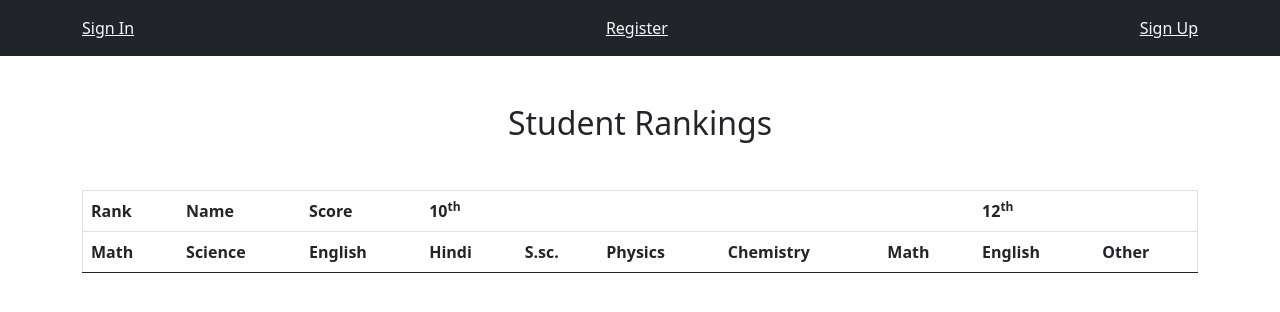
Repository: akankshaajoshi/student-counselling-application
Page: templates/registration/rankings.html
An editor plug-in stored every save of this project. The page is shown before and after the next save, followed by the edit.
The browser window is 1280 px wide. The pictures show the whole page.
The template is drawn by Django 3.2. The application's start-up code is not run. Other server files are loaded and not shown. The template is opened directly, without the code that normally fills it, so the values that code supplies are empty.

Above is the page before, as saved 2024-04-25 13:41:55.

### templates/registration/rankings.html
{% extends 'account/base.html' %} {% block content %}
<style>
  .table-striped tbody tr:nth-of-type(odd) {
    background-color: #edf2fb;
  }
  .table {
    border: 1px solid #dee2e6;
  }
</style>

<div class="container mt-5">
  <h2 class="text-center mb-5">Student Rankings</h2>
  <table class="table table-striped">
    <thead class="thead-dark">
      <tr>
        <th>Rank</th>
        <th scope="col">Name</th>
        <th scope="col">Score</th>
        <th colspan="5">10<sup>th</sup></th>
        <th colspan="5">12<sup>th</sup></th>
      </tr>
      <tr>
        <th scope="col">Math</th>
        <th scope="col">Science</th>
        <th scope="col">English</th>
        <th scope="col">Hindi</th>
        <th scope="col">S.sc.</th>
        <th scope="col">Physics</th>
        <th scope="col">Chemistry</th>
        <th scope="col">Math</th>
        <th scope="col">English</th>
        <th scope="col">Other</th>
      </tr>
    </thead>

    <tbody>
      {% for student in students %}
      <tr>
        <td>{{ student.rank }}</td>
        <td>{{ student.first_name }} {{ student.last_name }}</td>
        <td>{{ student.total_score }}</td>
        <td>{{ student.tenthgrade_math }}</td>
        <td>{{ student.tenthgrade_science }}</td>
        <td>{{ student.tenthgrade_english }}</td>
        <td>{{ student.tenthgrade_hindi }}</td>
        <td>{{ student.tenthgrade_social_science }}</td>
        <td>{{ student.twelfthgrade_physics }}</td>
        <td>{{ student.twelfthgrade_chemistry }}</td>
        <td>{{ student.twelfthgrade_math }}</td>
        <td>{{ student.twelfthgrade_english }}</td>
        <td>{{ student.twelfthgrade_other }}</td>
      </tr>
      {% endfor %}
    </tbody>
  </table>
</div>
{% endblock %}

### templates/account/base.html
<!DOCTYPE html>
<html>
  <head>
    <title>{% block head_title %}{% endblock %}</title>
    <link
      href="https://cdn.jsdelivr.net/npm/bootstrap@5.0.1/dist/css/bootstrap.min.css"
      rel="stylesheet"
      integrity="sha384-+0n0xVW2eSR5OomGNYDnhzAbDsOXxcvSN1TPprVMTNDbiYZCxYbOOl7+AMvyTG2x"
      crossorigin="anonymous"
    />
    <style>
      .form-group {
        margin-top: 10px;
      }
    </style>
    {% block extra_head %} {% endblock %}
  </head>
  <body>
    {% block body %} {% if messages %}
    <div class="p-2">
      {% for message in messages %}
      <div class="text-center border-bottom">{{message}}</div>
      {% endfor %}
    </div>
    {% endif %}

    <div class="p-3 mb-3 bg-dark">
      <div class="container d-flex justify-content-between">
        {% if user.is_authenticated %}
        <!-- <div><a class="text-light" href="{% url 'account_email' %}">Change E-mail</a></div> -->
        <div><a class="text-light" href="{% url 'student' %}">Student</a></div>
        <div><a class="text-light" href="{% url 'student_registration' %}">Register</a></div>
        <div><a class="text-light" href="{% url 'student_rankings' %}">Rankings</a></div>
        <div><a class="text-light" href="{% url 'account_logout' %}">Sign Out</a></div>
        {% else %}
        <div><a class="text-light" href="{% url 'account_login' %}">Sign In</a></div>
        <div><a class="text-light" href="{% url 'student_registration' %}">Register</a></div>
        <div><a class="text-light" href="{% url 'account_signup' %}">Sign Up</a></div>
        {% endif %}
      </div>
    </div>
    {% block content %} {% endblock %} {% endblock %} {% block extra_body %} {% endblock %}

    <script
      src="https://cdn.jsdelivr.net/npm/bootstrap@5.0.1/dist/js/bootstrap.bundle.min.js"
      integrity="sha384-gtEjrD/SeCtmISkJkNUaaKMoLD0//ElJ19smozuHV6z3Iehds+3Ulb9Bn9Plx0x4"
      crossorigin="anonymous"
    ></script>
  </body>
</html>

After the next save:
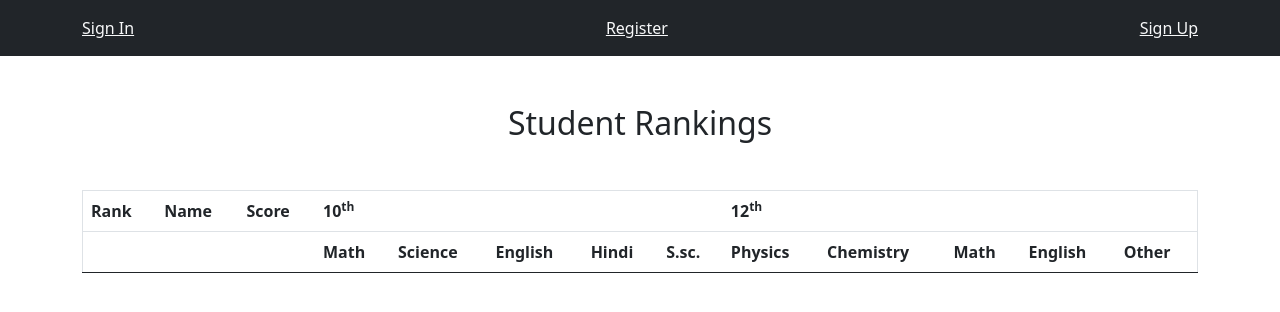
Saved 15 s later.
--- a/templates/registration/rankings.html
+++ b/templates/registration/rankings.html
@@ -20,6 +20,7 @@
         <th colspan="5">12<sup>th</sup></th>
       </tr>
       <tr>
+        <th colspan="3"></th>
         <th scope="col">Math</th>
         <th scope="col">Science</th>
         <th scope="col">English</th>
